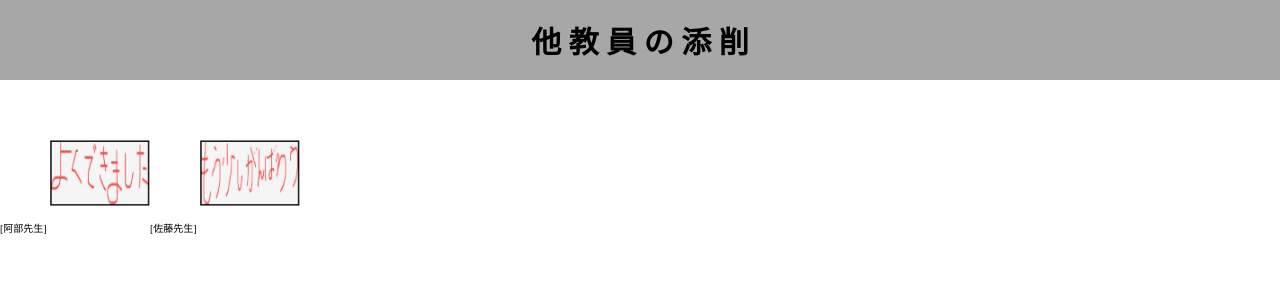
Repository: k-murakami18/canvas_v2
Page: teacher.html
The author's editor kept a copy of each file at every save. The page is drawn from the files as they stood at one save, then again after the next save.
The browser window is 1280 px wide. The pictures show the whole page.

Above is the page before, as saved 2021-01-12 15:52:36.

After the next save:
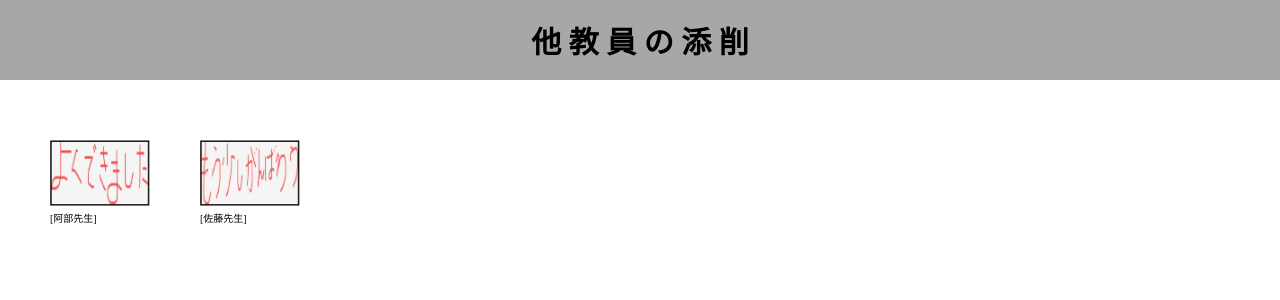
Saved 38 s later.
--- a/style.css
+++ b/style.css
@@ -210,5 +210,8 @@ body .btn_name{
   margin-top: 60px;
   margin-left: 50px;
   margin-bottom: 0;
-
-}
+}
+.teacher_preview p{
+  margin-top: 0;
+  margin-left: 50px;
+}
